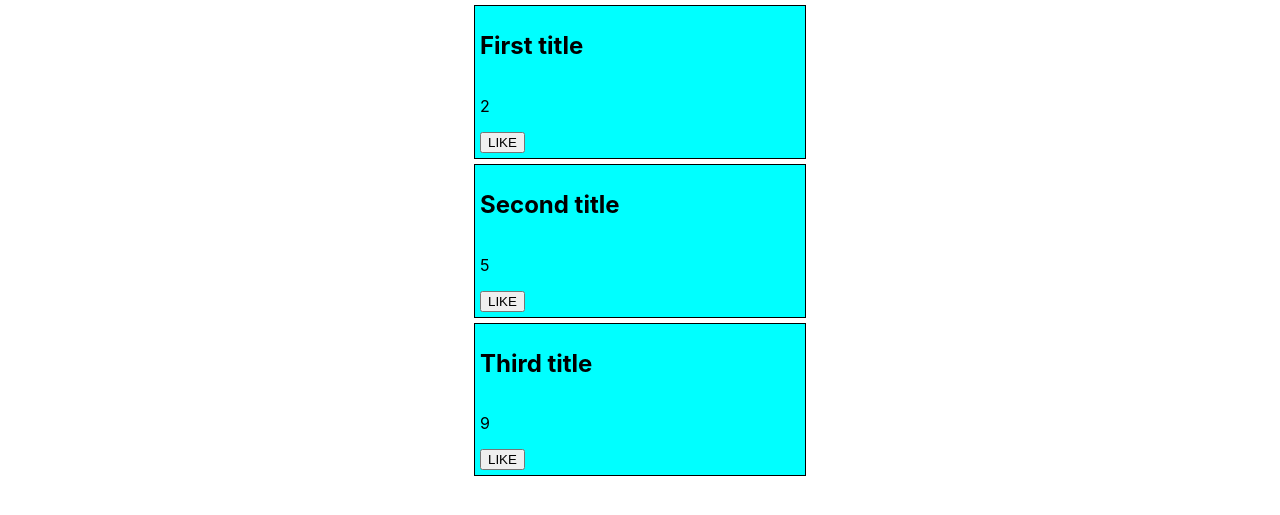
Repository: asapvtec98/egzamin
Page: /
An editor plug-in stored every save of this project. The page is shown before and after the next save, followed by the edit.
The browser window is 1280 px wide. The pictures show the whole page.
The project was rebuilt for these pictures with package versions that can differ from the ones it lists, and the page was loaded fresh each time.

Above is the page before, as saved 2023-11-14 12:30:00.

After the next save:
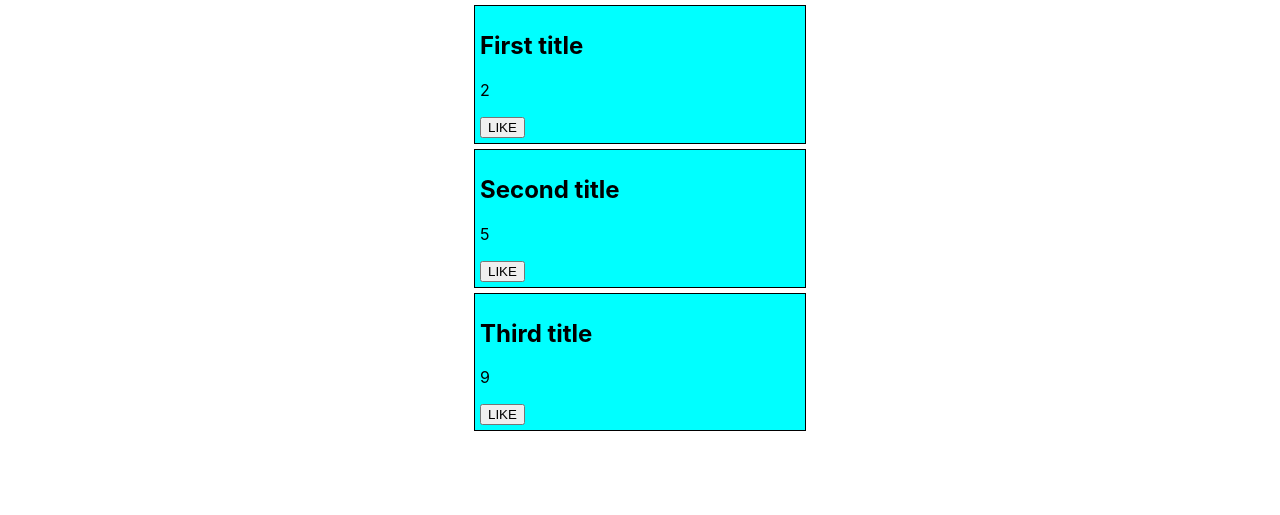
Saved 57 s later.
--- a/src/components/Comment.css
+++ b/src/components/Comment.css
@@ -11,7 +11,5 @@
 
 
 .inline {
-    display: flex;
-    flex-direction: row;
-    justify-content: space-between;
+    display: inline;
 }
